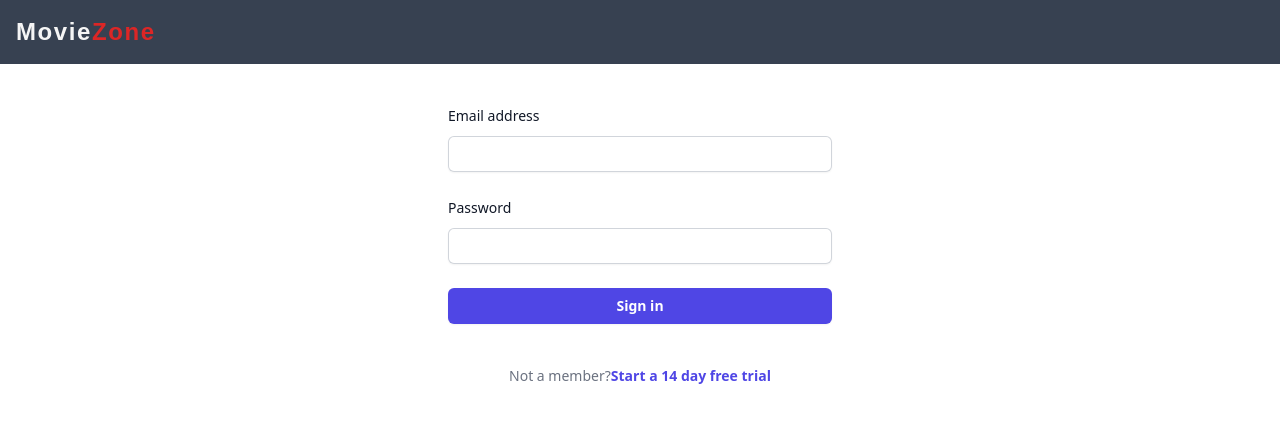
Repository: Ucheobikingsley/movie_catalogue
Page: /addmovie (app in etap_movie_catalog/)
These files come from the project's save history. The page is drawn as it stood at one moment and after the next save; the edit follows.
The browser window is 1280 px wide. The pictures show the whole page.
Some web fonts or font styles are not loaded; a fallback is used. The project was rebuilt for these pictures with package versions that can differ from the ones it lists, and the page was loaded fresh each time. The framework's server and built-in components were replaced by stand-ins that run in the browser. Also part of the build but not shown: etap_movie_catalog/next.config.js.

Above is the page before, as saved 2023-05-01 09:14:49.

### etap_movie_catalog/pages/_app.tsx
import { Layout } from '@/components/Layout'
import '@/styles/globals.css'
import type { AppProps } from 'next/app'

export default function App({ Component, pageProps }: AppProps) {
  return(
    <Layout>
        <Component {...pageProps} />
    </Layout>
  )


}

### etap_movie_catalog/pages/addmovie.tsx
import React from 'react'

const addmovie = () => {
  return (
    <div className="mt-10 sm:mx-auto sm:w-full sm:max-w-sm">
    <form className="space-y-6" action="#" method="POST">
      <div>
        <label  className="block text-sm font-medium leading-6 text-gray-900">Email address</label>
        <div className="mt-2">
          <input id="email" name="email" type="email"  required className="block w-full rounded-md border-0 py-1.5 text-gray-900 shadow-sm ring-1 ring-inset ring-gray-300 placeholder:text-gray-400 focus:ring-2 focus:ring-inset focus:ring-indigo-600 sm:text-sm sm:leading-6"/>
        </div>
      </div>

      <div>
        <div className="flex items-center justify-between">
          <label  className="block text-sm font-medium leading-6 text-gray-900">Password</label>

        </div>
        <div className="mt-2">
          <input id="password" name="password" type="password" required className="block w-full rounded-md border-0 py-1.5 text-gray-900 shadow-sm ring-1 ring-inset ring-gray-300 placeholder:text-gray-400 focus:ring-2 focus:ring-inset focus:ring-indigo-600 sm:text-sm sm:leading-6"/>
        </div>
      </div>

      <div>
        <button type="submit" className="flex w-full justify-center rounded-md bg-indigo-600 px-3 py-1.5 text-sm font-semibold leading-6 text-white shadow-sm hover:bg-indigo-500 focus-visible:outline focus-visible:outline-2 focus-visible:outline-offset-2 focus-visible:outline-indigo-600">Sign in</button>
      </div>
    </form>

    <p className="mt-10 text-center text-sm text-gray-500">
      Not a member?
      <a href="#" className="font-semibold leading-6 text-indigo-600 hover:text-indigo-500">Start a 14 day free trial</a>
    </p>
  </div>
  )
}

export default addmovie

### etap_movie_catalog/components/Layout.tsx
import React,{ReactNode} from 'react'
import Navbar from './Navbar'
type LayoutProps = {children?: ReactNode}
export const Layout = ({children}:LayoutProps) => {
  return (
    <>
    <Navbar/>
    <main>
        {children}
    </main>
    </>
  )
}

### etap_movie_catalog/styles/globals.css
@import url('https://fonts.googleapis.com/css2?family=Comme&display=swap');
@tailwind base;
@tailwind components;
@tailwind utilities;

/* :root {
  --foreground-rgb: 0, 0, 0;
  --background-start-rgb: 214, 219, 220;
  --background-end-rgb: 255, 255, 255;
}

@media (prefers-color-scheme: dark) {
  :root {
    --foreground-rgb: 255, 255, 255;
    --background-start-rgb: 0, 0, 0;
    --background-end-rgb: 0, 0, 0;
  }
}

body {
  color: rgb(var(--foreground-rgb));
  background: linear-gradient(
      to bottom,
      transparent,
      rgb(var(--background-end-rgb))
    )
    rgb(var(--background-start-rgb));
} */

### etap_movie_catalog/components/Navbar.tsx
import Link from 'next/link'
import React from 'react'

const Navbar = () => {
  return (
    <div className='bg-gray-700 '>
        <div className="font-bold text-neutral-100 p-4 max-w-7xl mx-auto container tracking-widest font-neue">
            <Link href="/" className='text-base md:text-2xl'>
                Movie<span className='text-red-600'>Zone</span>
            </Link>

        </div>
    </div>
  )
}

export default Navbar

### etap_movie_catalog/tailwind.config.js
/** @type {import('tailwindcss').Config} */
module.exports = {
  content: [
    "./pages/**/*.{js,ts,jsx,tsx,mdx}",
    "./components/**/*.{js,ts,jsx,tsx,mdx}",
    "./app/**/*.{js,ts,jsx,tsx,mdx}",
  ],
  theme: {
    extend: {
      backgroundImage: {
        "gradient-radial": "radial-gradient(var(--tw-gradient-stops))",
        "gradient-conic":
          "conic-gradient(from 180deg at 50% 50%, var(--tw-gradient-stops))",
      },
      fontFamily: {
        neue: ["Comme", "sans-serif"],
      },
    },
  },
  plugins: [],
};

Loaded but not shown: etap_movie_catalog/pages/_document.tsx (common file)

After the next save:
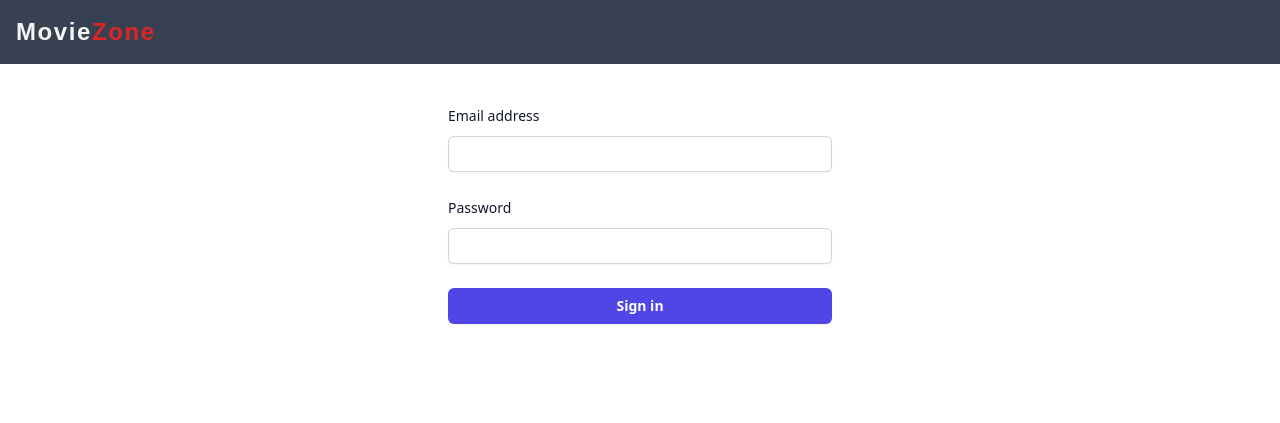
Saved 19 s later.
--- a/etap_movie_catalog/pages/addmovie.tsx
+++ b/etap_movie_catalog/pages/addmovie.tsx
@@ -26,10 +26,7 @@
       </div>
     </form>
 
-    <p className="mt-10 text-center text-sm text-gray-500">
-      Not a member?
-      <a href="#" className="font-semibold leading-6 text-indigo-600 hover:text-indigo-500">Start a 14 day free trial</a>
-    </p>
+
   </div>
   )
 }
